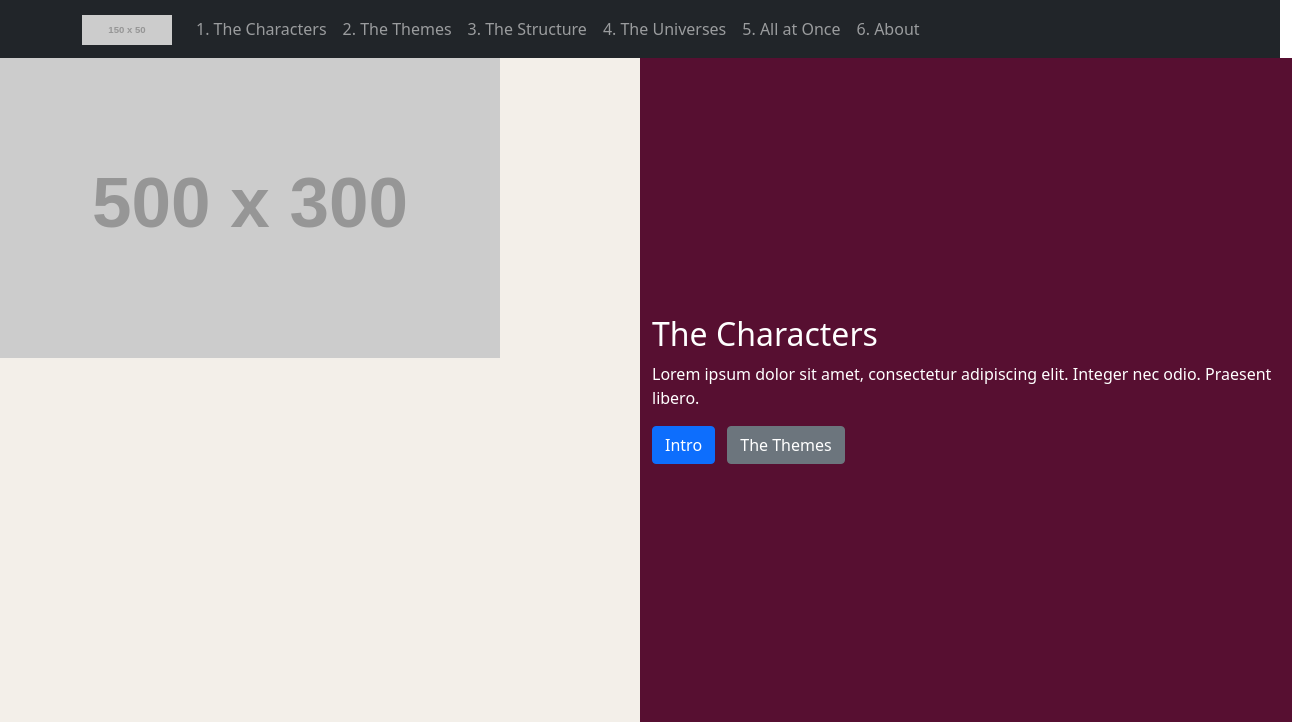
Repository: angelica-hom/msdv-thesis
Page: characters.html
The author's editor kept a record of every edit. The page is drawn from the files as they stood at one moment, then again after the next edit.
The browser window is 1280 px wide. The page is 1292 px wide, so the pictures cover 1292 px, including what lies to the right of the window. The pictures show the whole page.

Above is the page before.

### characters.html
<!doctype html>
<html lang="en">
<head>
    <meta charset="utf-8">
    <meta name="viewport" content="width=device-width, initial-scale=1">
    <link href="https://cdn.jsdelivr.net/npm/bootstrap@5.1.3/dist/css/bootstrap.min.css" rel="stylesheet">
    <link href="characters.css" rel="stylesheet">
    <title>Responsive Webpage with Image and Text</title>
</head>
<body>
    <nav class="navbar navbar-expand-lg navbar-dark bg-dark">
        <div class="container">
            <a class="navbar-brand" href="#">
                <img src="https://via.placeholder.com/150x50" alt="Your Brand" height="30">
            </a>
            <div class="collapse navbar-collapse" id="navbarNav">
                <ul class="navbar-nav">
                    <li class="nav-item">
                        <a class="nav-link" href="characters.html">1. The Characters</a>
                    </li>
                    <li class="nav-item">
                        <a class="nav-link" href="themes.html">2. The Themes</a>
                    </li>
                    <li class="nav-item">
                        <a class="nav-link" href="structure.html">3. The Structure</a>
                    </li>
                    <li class="nav-item">
                        <a class="nav-link" href="universes.html">4. The Universes</a>
                    </li>
                    <li class="nav-item">
                        <a class="nav-link" href="once.html">5. All at Once</a>
                    </li>
                    <li class="nav-item">
                        <a class="nav-link" href="about.html">6. About</a>
                    </li>
                </ul>
            </div>
        </div>
    </nav>

    <div class="container-fluid">
        <div class="row">
            <div class="col-md-6 left-section">
                <img src="https://via.placeholder.com/500x300" alt="Static image" class="img-fluid">
            </div>
            <div class="col-md-6 d-flex flex-column justify-content-center right-section">
                <h2>The Characters</h2>
                <p>Lorem ipsum dolor sit amet, consectetur adipiscing elit. Integer nec odio. Praesent libero.</p>
                <div>
                    <a href="intro.html" class="btn btn-primary me-2">Intro</a>
                    <a href="themes.html" class="btn btn-secondary">The Themes</a>
                </div>
            </div>
        </div>
    </div>

    <script src="characters.js"></script>
    <script src="https://cdn.jsdelivr.net/npm/@popperjs/core@2.11.6/dist/umd/popper.min.js"></script>
    <script src="https://cdn.jsdelivr.net/npm/bootstrap@5.1.3/dist/js/bootstrap.min.js"></script>
</body>
</html>

### characters.css
body, html {
    margin: 0;
    height: 100%;
}

.navbar {
    margin-bottom: 0;
}

.container-fluid {
    height: calc(100% - 56px); /* Subtract navbar height */
    padding: 0;
}

.row {
    height: 100%;
}

.left-section {
    background-color: #F3EFE9;
}

.right-section {
    background-color: #570F31;
    color: #FFF; /* Set text color to white for better contrast */
}

### characters.js
document.addEventListener('keydown', function (event) {
    if (event.code === 'ArrowLeft') {
        window.location.href = 'intro.html';
    }
});

document.addEventListener('keydown', function (event) {
    if (event.code === 'ArrowRight') {
        window.location.href = 'themes.html';
    }
});

After the next edit:
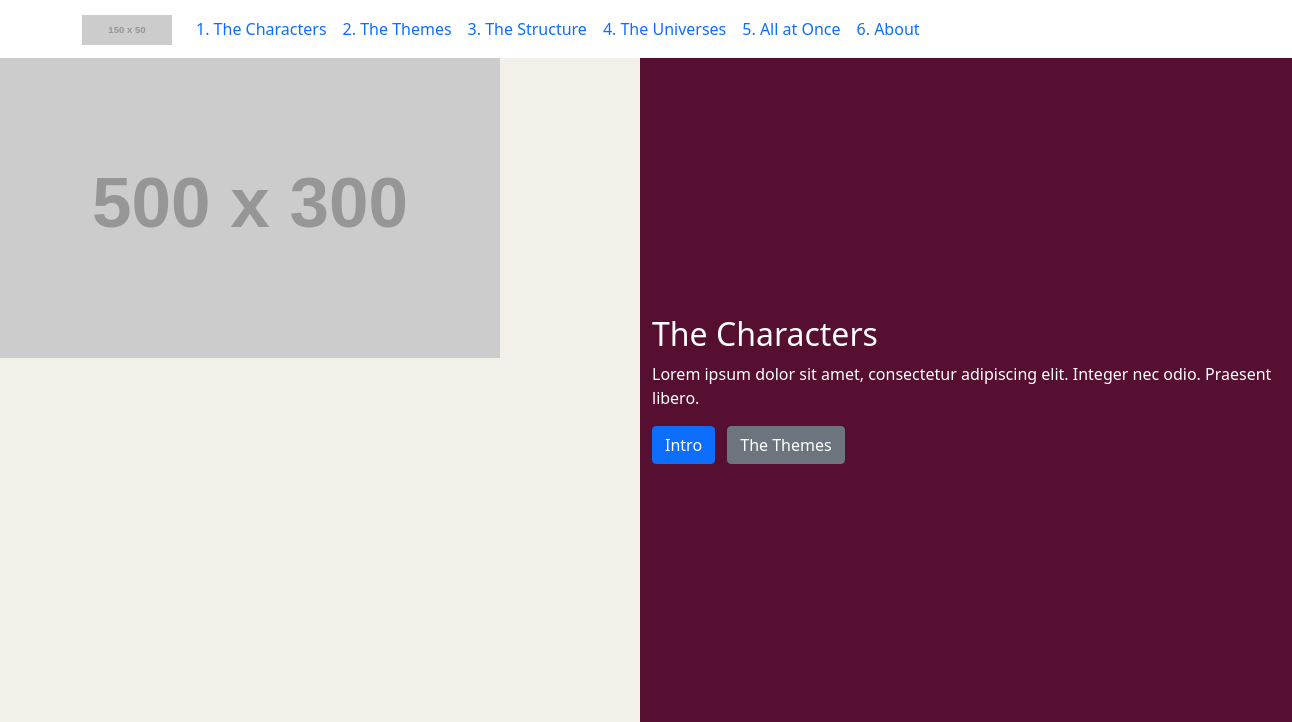
The edit:
--- a/characters.html
+++ b/characters.html
@@ -8,7 +8,7 @@
     <title>Responsive Webpage with Image and Text</title>
 </head>
 <body>
-    <nav class="navbar navbar-expand-lg navbar-dark bg-dark">
+    <nav class="navbar navbar-expand-lg navbar-custom">
         <div class="container">
             <a class="navbar-brand" href="#">
                 <img src="https://via.placeholder.com/150x50" alt="Your Brand" height="30">
